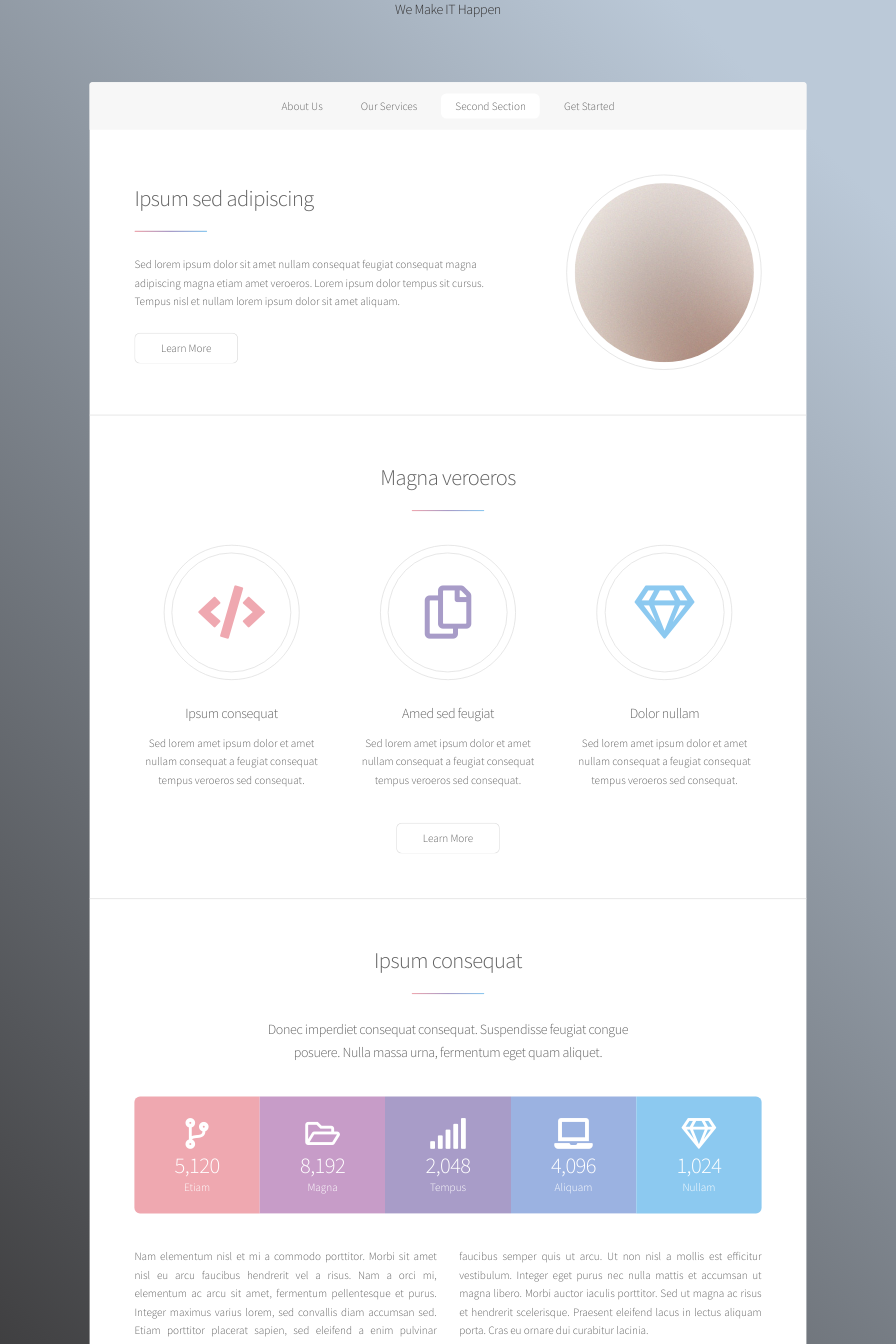
Repository: AidanHak/hakimianweb
Page: index.html
These files come from the project's save history. The page is drawn as it stood at one moment and after the next save; the edit follows.
The browser window is 1280 px wide. The pictures show the part of the page from y = 378 to 2298 px (the page is 3340 px tall before and 3348 px after), at 70% of full size.

Above is the page before, as saved 2022-03-12 21:04:27.

### index.html
<!DOCTYPE HTML>
<!--
	Stellar by HTML5 UP
	html5up.net | @ajlkn
	Free for personal and commercial use under the CCA 3.0 license (html5up.net/license)
-->
<html>
	<head>
		<meta charset="utf-8" />
		<meta name="viewport" content="width=device-width, initial-scale=1, user-scalable=no" />

		<title>Hakimian Web Services</title>
		<meta name="description" content="We Make IT Happen">
		<meta name="author" content="Hakimian Web Services">

		<meta property="og:title" content="Hakimian Web Services">
		<meta property="og:type" content="website">
		<meta property="og:url" content="https://hakimianweb.com/">
		<meta property="og:description" content="We Make IT Happen">
		<meta property="og:image" content="https://hakimianweb.com/images/open-graph.png">
		<meta property="og:image:secure_url" content="https://hakimianweb.com/images/open-graph.png" />
		<meta property="og:image:type" content="image/png" />
		<meta property="og:image:width" content="2560">
		<meta property="og:image:height" content="2560">
		<meta property="og:image:alt" content="Hakimian Web Services" />

		<meta property="twitter:image" content="https://hakimianweb.com/images/open-graph.png"  />

		<link rel="apple-touch-icon" sizes="180x180" href="/apple-touch-icon.png">
		<link rel="icon" type="image/png" sizes="32x32" href="/favicon-32x32.png">
		<link rel="icon" type="image/png" sizes="16x16" href="/favicon-16x16.png">
		<link rel="manifest" href="/site.webmanifest">

		<link href="assets/css/fontawesome-all.min.css" rel="stylesheet">

		<link rel="preconnect" href="https://fonts.googleapis.com">
		<link rel="preconnect" href="https://fonts.gstatic.com" crossorigin>
		<link href="https://fonts.googleapis.com/css2?family=Source+Sans+Pro:wght@300;400&display=swap" rel="stylesheet">

		<link rel="stylesheet" href="assets/css/main.css" />
		<noscript><link rel="stylesheet" href="assets/css/noscript.css" /></noscript>
	</head>
	<body class="is-preload">

		<!-- Wrapper -->
			<div id="wrapper">

				<!-- Header -->
					<header id="header" class="alt">
						<span class="logo"><img src="images/logo.png" alt="Logo" /></span>
						<h1>Hakimian Web</h1>
						<p>We Make IT Happen</p>
					</header>

				<!-- Nav -->
					<nav id="nav">
						<ul>
							<li><a href="#intro" class="active">About Us</a></li>
							<li><a href="#first">Our Services</a></li>
							<li><a href="#second">Second Section</a></li>
							<li><a href="#cta">Get Started</a></li>
						</ul>
					</nav>

				<!-- Main -->
					<div id="main">

						<!-- Introduction -->
							<section id="intro" class="main">
								<div class="spotlight">
									<div class="content">
										<header class="major">
											<h2>Ipsum sed adipiscing</h2>
										</header>
										<p>Sed lorem ipsum dolor sit amet nullam consequat feugiat consequat magna
										adipiscing magna etiam amet veroeros. Lorem ipsum dolor tempus sit cursus.
										Tempus nisl et nullam lorem ipsum dolor sit amet aliquam.</p>
										<ul class="actions">
											<li><a href="generic.html" class="button">Learn More</a></li>
										</ul>
									</div>
									<span class="image"><img src="images/pic01.jpg" alt="" /></span>
								</div>
							</section>

						<!-- First Section -->
							<section id="first" class="main special">
								<header class="major">
									<h2>Magna veroeros</h2>
								</header>
								<ul class="features">
									<li>
										<span class="icon solid major style1 fa-code"></span>
										<h3>Ipsum consequat</h3>
										<p>Sed lorem amet ipsum dolor et amet nullam consequat a feugiat consequat tempus veroeros sed consequat.</p>
									</li>
									<li>
										<span class="icon major style3 fa-copy"></span>
										<h3>Amed sed feugiat</h3>
										<p>Sed lorem amet ipsum dolor et amet nullam consequat a feugiat consequat tempus veroeros sed consequat.</p>
									</li>
									<li>
										<span class="icon major style5 fa-gem"></span>
										<h3>Dolor nullam</h3>
										<p>Sed lorem amet ipsum dolor et amet nullam consequat a feugiat consequat tempus veroeros sed consequat.</p>
									</li>
								</ul>
								<footer class="major">
									<ul class="actions special">
										<li><a href="generic.html" class="button">Learn More</a></li>
									</ul>
								</footer>
							</section>

						<!-- Second Section -->
							<section id="second" class="main special">
								<header class="major">
									<h2>Ipsum consequat</h2>
									<p>Donec imperdiet consequat consequat. Suspendisse feugiat congue<br />
									posuere. Nulla massa urna, fermentum eget quam aliquet.</p>
								</header>
								<ul class="statistics">
									<li class="style1">
										<span class="icon solid fa-code-branch"></span>
										<strong>5,120</strong> Etiam
									</li>
									<li class="style2">
										<span class="icon fa-folder-open"></span>
										<strong>8,192</strong> Magna
									</li>
									<li class="style3">
										<span class="icon solid fa-signal"></span>
										<strong>2,048</strong> Tempus
									</li>
									<li class="style4">
										<span class="icon solid fa-laptop"></span>
										<strong>4,096</strong> Aliquam
									</li>
									<li class="style5">
										<span class="icon fa-gem"></span>
										<strong>1,024</strong> Nullam
									</li>
								</ul>
								<p class="content">Nam elementum nisl et mi a commodo porttitor. Morbi sit amet nisl eu arcu faucibus hendrerit vel a risus. Nam a orci mi, elementum ac arcu sit amet, fermentum pellentesque et purus. Integer maximus varius lorem, sed convallis diam accumsan sed. Etiam porttitor placerat sapien, sed eleifend a enim pulvinar faucibus semper quis ut arcu. Ut non nisl a mollis est efficitur vestibulum. Integer eget purus nec nulla mattis et accumsan ut magna libero. Morbi auctor iaculis porttitor. Sed ut magna ac risus et hendrerit scelerisque. Praesent eleifend lacus in lectus aliquam porta. Cras eu ornare dui curabitur lacinia.</p>
								<footer class="major">
									<ul class="actions special">
										<li><a href="generic.html" class="button">Learn More</a></li>
									</ul>
								</footer>
							</section>

						<!-- Get Started -->
							<section id="cta" class="main special">
								<header class="major">
									<h2>Congue imperdiet</h2>
									<p>Donec imperdiet consequat consequat. Suspendisse feugiat congue<br />
									posuere. Nulla massa urna, fermentum eget quam aliquet.</p>
								</header>
								<footer class="major">
									<ul class="actions special">
										<li><a href="generic.html" class="button primary">Get Started</a></li>
										<li><a href="generic.html" class="button">Learn More</a></li>
									</ul>
								</footer>
							</section>

					</div>

				<!-- Footer -->
					<footer id="footer">
						<section>
							<h2>Aliquam sed mauris</h2>
							<p>Sed lorem ipsum dolor sit amet et nullam consequat feugiat consequat magna adipiscing tempus etiam dolore veroeros. eget dapibus mauris. Cras aliquet, nisl ut viverra sollicitudin, ligula erat egestas velit, vitae tincidunt odio.</p>
							<ul class="actions">
								<li><a href="generic.html" class="button">Learn More</a></li>
							</ul>
						</section>
						<section>
							<h2>Contact Us</h2>
							<dl class="alt">
								<dt>Address</dt>
								<dd>90 Candy Lane &bull; Great Neck, NY 11023 &bull; USA</dd>
								<dt>Phone</dt>
								<dd><a href="tel:+15168505064">(516) 850-5064</a></dd>
								<dt>Email</dt>
								<dd><a href="mailto:support@hakimianweb.com">support@hakimianweb.com</a></dd>
							</dl>
							<ul class="icons">
								<li><a href="https://twitter.com/HakimianWeb" class="icon brands fa-twitter alt"><span class="label">Twitter</span></a></li>
								<li><a href="https://www.facebook.com/Hakimian-Web-Services-HWS-102713925694278/" class="icon brands fa-facebook-f alt"><span class="label">Facebook</span></a></li>
								<li><a href="https://www.instagram.com/hakimianweb/" class="icon brands fa-instagram alt"><span class="label">Instagram</span></a></li>
							</ul>
						</section>
						<p class="copyright">&copy; Hakimian Web Services. Design: <a href="https://html5up.net">HTML5 UP</a>.</p>
					</footer>

			</div>

		<!-- Scripts -->
		<script src="assets/js/jquery.min.js"></script>
		<script src="assets/js/jquery.scrollex.min.js"></script>
		<script src="assets/js/jquery.scrolly.min.js"></script>
		<script src="assets/js/browser.min.js"></script>
		<script src="assets/js/breakpoints.min.js"></script>
		<script src="assets/js/util.js"></script>
		<script src="assets/js/main.js"></script>

		<!-- Messenger Chat Plugin Code -->
		<div id="fb-root"></div>

		<!-- Your Chat Plugin code -->
		<div id="fb-customer-chat" class="fb-customerchat">
		</div>

		<script>
		var chatbox = document.getElementById('fb-customer-chat');
		chatbox.setAttribute("page_id", "102713925694278");
		chatbox.setAttribute("attribution", "biz_inbox");
		</script>

		<!-- Your SDK code -->
		<script>
		window.fbAsyncInit = function() {
			FB.init({
			xfbml            : true,
			version          : 'v13.0'
			});
		};

		(function(d, s, id) {
			var js, fjs = d.getElementsByTagName(s)[0];
			if (d.getElementById(id)) return;
			js = d.createElement(s); js.id = id;
			js.src = 'https://connect.facebook.net/en_US/sdk/xfbml.customerchat.js';
			fjs.parentNode.insertBefore(js, fjs);
		}(document, 'script', 'facebook-jssdk'));
		</script>
	</body>
</html>

Loaded but not shown: assets/css/fontawesome-all.min.css (library); assets/js/jquery.min.js (library); assets/js/jquery.scrollex.min.js (common file); assets/js/jquery.scrolly.min.js (common file); assets/js/browser.min.js (common file); assets/js/breakpoints.min.js (common file); assets/js/util.js (587 lines, source omitted); assets/js/main.js (123 lines, source omitted); assets/css/main.css (3785 lines, source omitted)

After the next save:
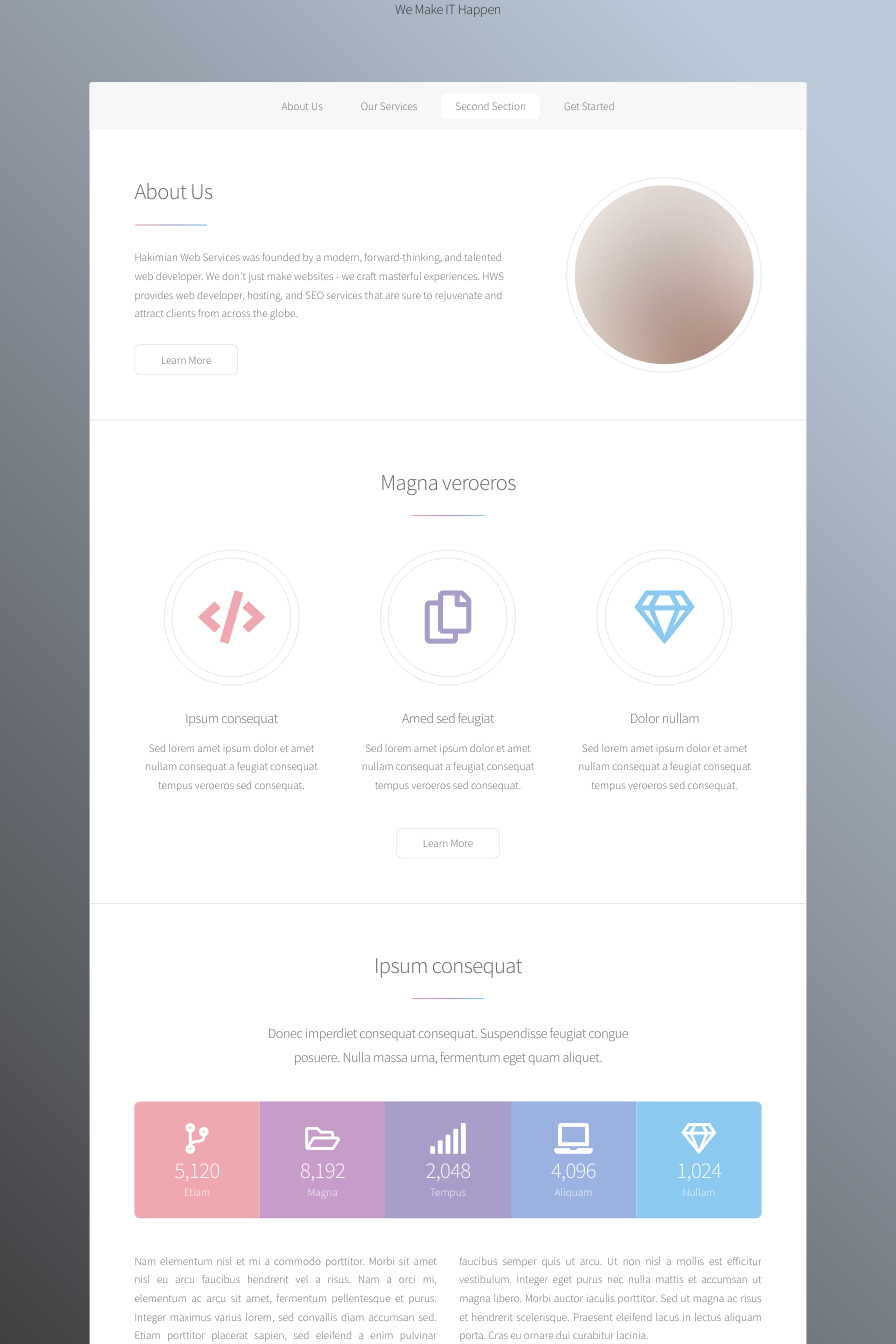
Saved 2 min 26 s later.
--- a/index.html
+++ b/index.html
@@ -70,11 +70,9 @@
 								<div class="spotlight">
 									<div class="content">
 										<header class="major">
-											<h2>Ipsum sed adipiscing</h2>
+											<h2>About Us</h2>
 										</header>
-										<p>Sed lorem ipsum dolor sit amet nullam consequat feugiat consequat magna
-										adipiscing magna etiam amet veroeros. Lorem ipsum dolor tempus sit cursus.
-										Tempus nisl et nullam lorem ipsum dolor sit amet aliquam.</p>
+										<p>Hakimian Web Services was founded by a modern, forward-thinking, and talented web developer. We don't just make websites - we craft masterful experiences. HWS provides web developer, hosting, and SEO services that are sure to rejuvenate and attract clients from across the globe.</p>
 										<ul class="actions">
 											<li><a href="generic.html" class="button">Learn More</a></li>
 										</ul>
